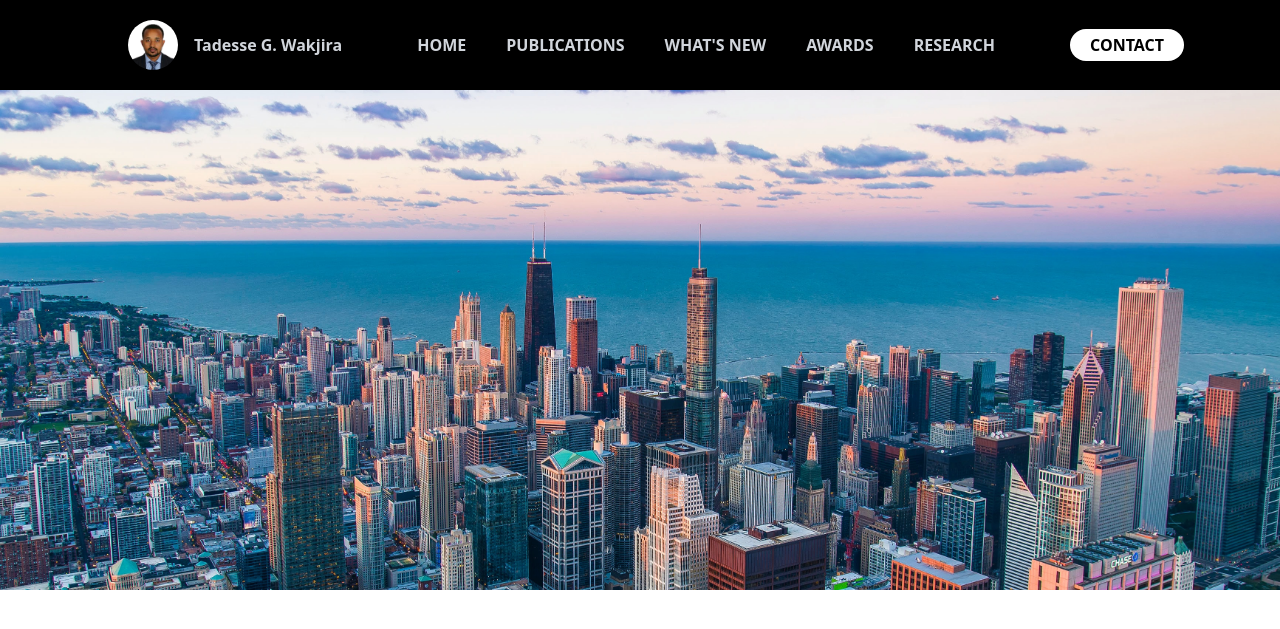
Repository: Elias-Kibret/Tade-portfoilo
Page: /
An editor plug-in stored every save of this project. The page is shown before and after the next save, followed by the edit.
The browser window is 1280 px wide. The pictures show the whole page.
The project was rebuilt for these pictures with package versions that can differ from the ones it lists, and the page was loaded fresh each time. The framework's server and built-in components were replaced by stand-ins that run in the browser. Also part of the build but not shown: next.config.js.

Above is the page before, as saved 2022-06-27 23:25:07.

After the next save:
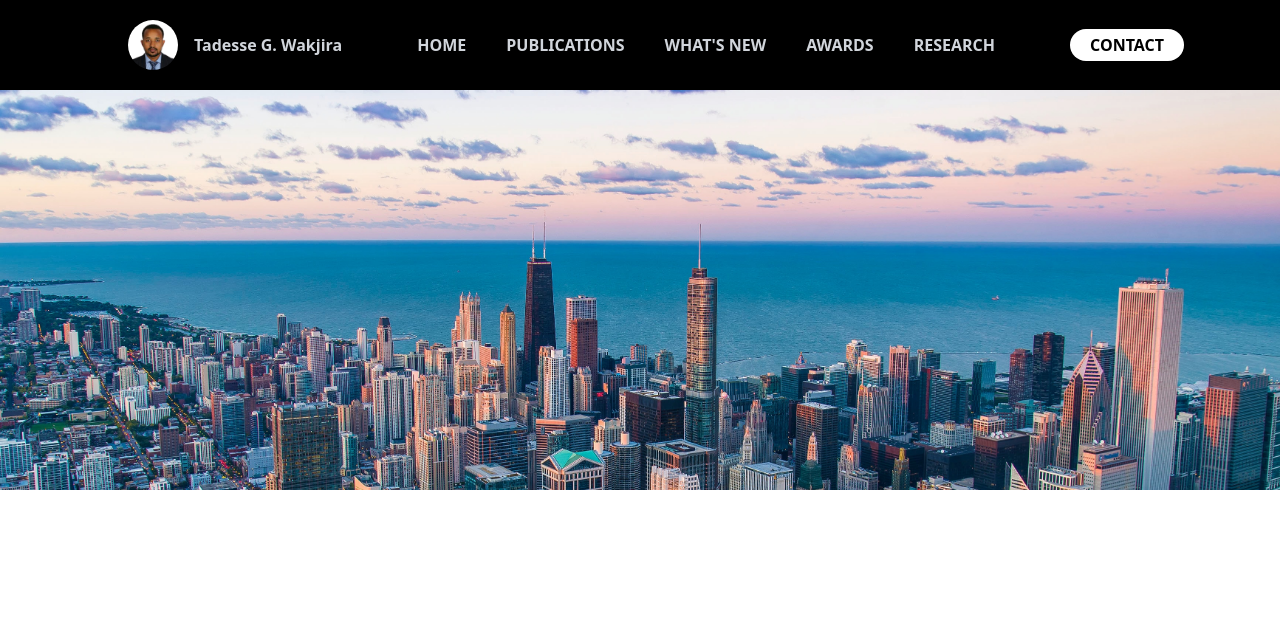
Saved 8 s later.
--- a/styles/globals.css
+++ b/styles/globals.css
@@ -4,7 +4,7 @@
 
 .hero{
     width:100%;
-   height: 500px;
+   height: 400px;
     background-image: url('../public/Img/MainHero.jpg');
     background-size: cover;
 }

After the save that followed:
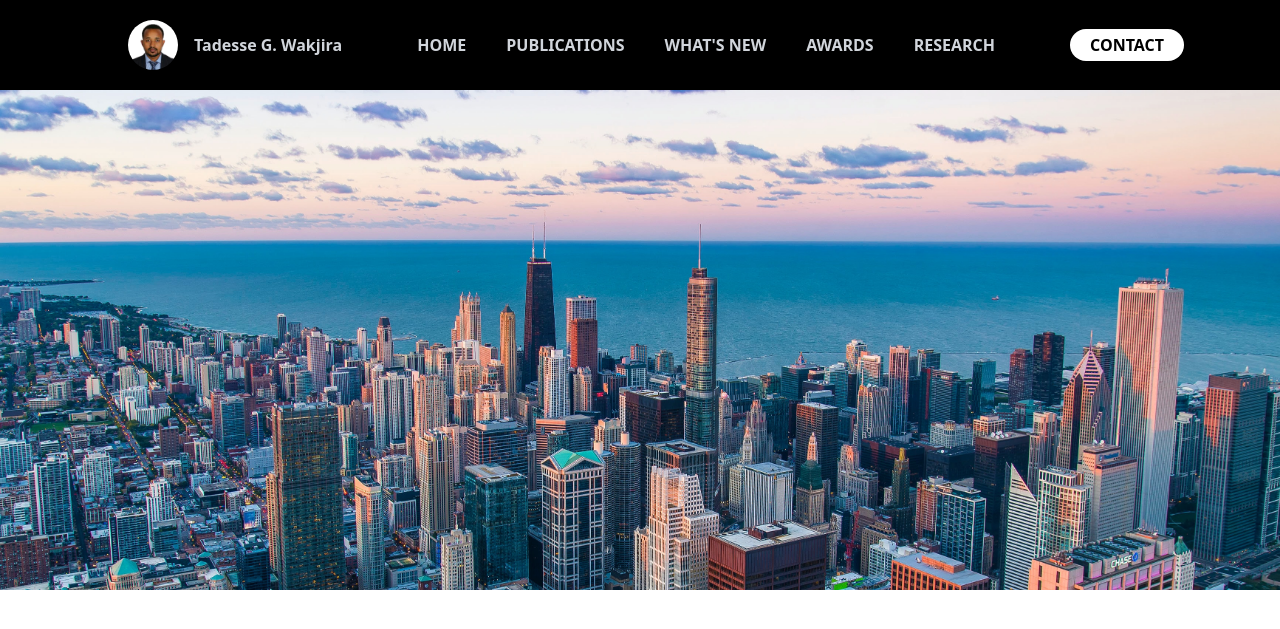
Saved 4 s later.
--- a/styles/globals.css
+++ b/styles/globals.css
@@ -4,7 +4,7 @@
 
 .hero{
     width:100%;
-   height: 400px;
+   height: 500px;
     background-image: url('../public/Img/MainHero.jpg');
     background-size: cover;
 }
